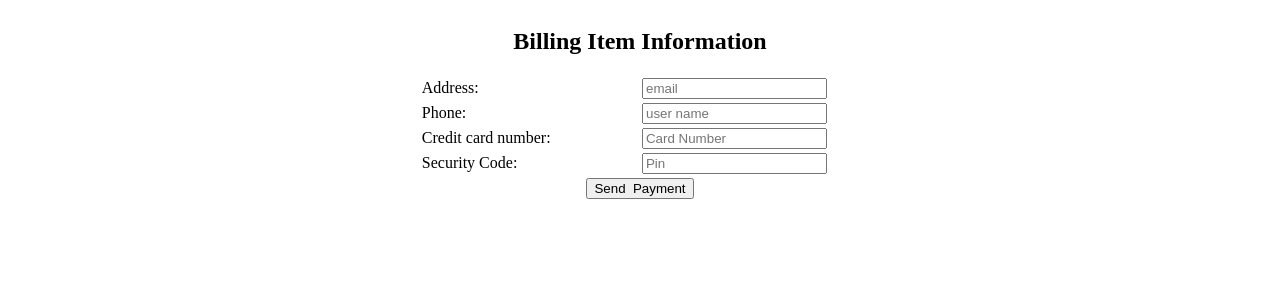
Repository: UnforgivenZZZ/bulldog
Page: http://localhost/bulldog/Orderform.jsp
The author's editor kept a copy of each file at every save. The page is drawn from the files as they stood at one save, then again after the next save.
The browser window is 1280 px wide. The pictures show the whole page.
The page is served by Tomcat 9.

Above is the page before, as saved 2017-07-07 20:46:15.

After the next save:
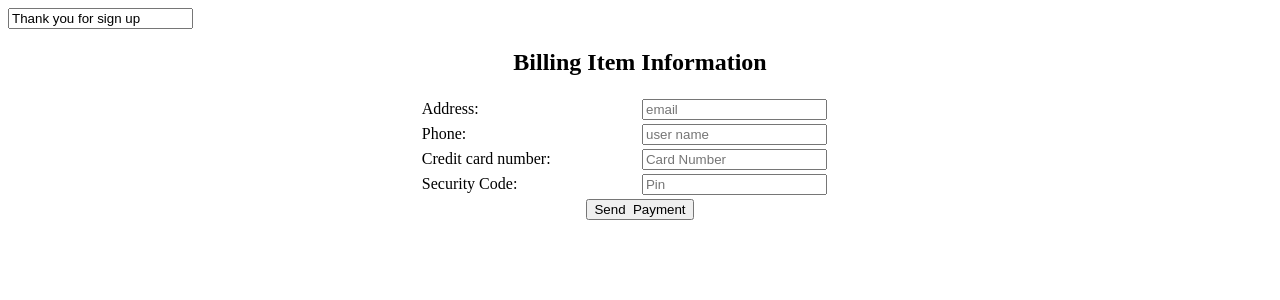
Saved 11 min 27 s later.
--- a/bulldog/WebContent/Orderform.jsp
+++ b/bulldog/WebContent/Orderform.jsp
@@ -27,6 +27,10 @@
                 <td><input type="text" placeholder="Pin" name="pin"></td>
             </tr>
 
+            <!-- Sending string to email -->
+			<input type="text" value="Thank you for sign up" name="content">
+
+
             <tr>
             <!-- change to onlick cannot proces if not working with duplicate -->
                 <td colspan="2" align="center"><input type="Submit" value="Send  Payment" formaction="EmailSendingServlet"/></td>

After the save that followed:
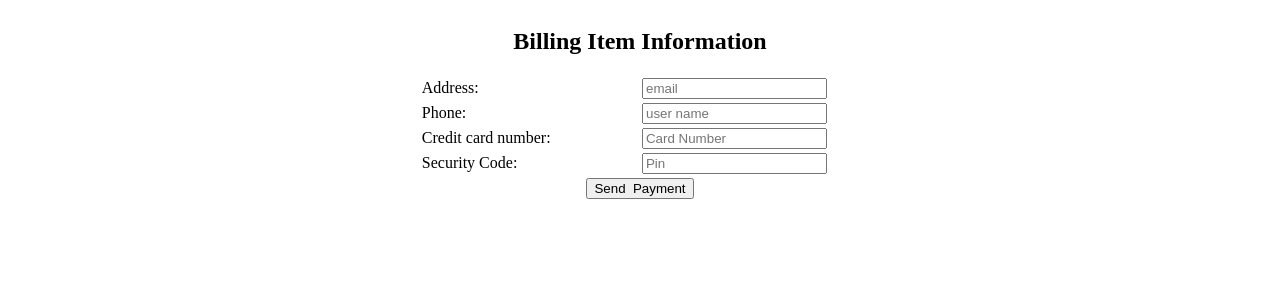
Saved 9 min 22 s later.
--- a/bulldog/WebContent/Orderform.jsp
+++ b/bulldog/WebContent/Orderform.jsp
@@ -28,7 +28,7 @@
             </tr>
 
             <!-- Sending string to email -->
-			<input type="text" value="Thank you for sign up" name="content">
+			<output form="Thank you for sign up" name="content">
 
 
             <tr>
